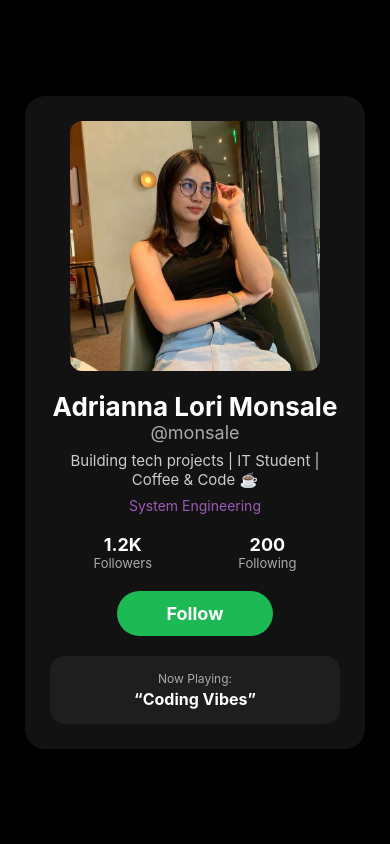
Repository: chelloraine/ProfileCard
Screen: /
These files come from the project's save history. The screen is drawn as it stood at one moment and after the next save; the edit follows.
The app was drawn by React Native's web renderer in a window 390 px wide. The project was rebuilt for these pictures with package versions that can differ from the ones it lists, and the page was loaded fresh each time.

Above is the screen before, as saved 2025-08-31 23:26:02.

After the next save:
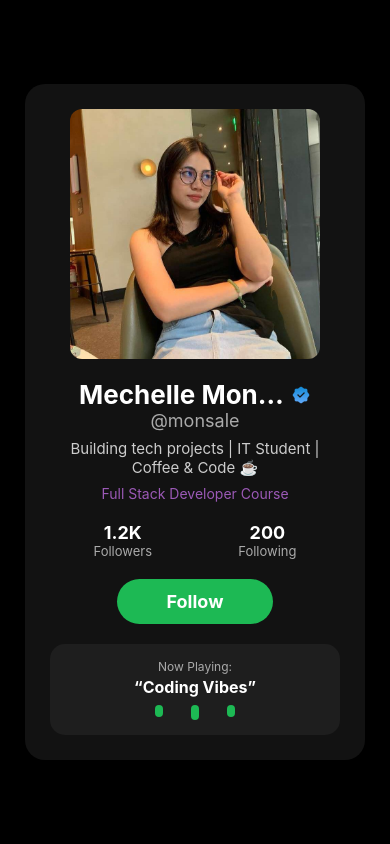
Saved 106 s later.
--- a/profileCard.js
+++ b/profileCard.js
@@ -1,27 +1,61 @@
 import React, { useState } from "react";
-import { View, Text, StyleSheet, Image, TouchableOpacity } from "react-native";
+import { View, Text, StyleSheet, Image, TouchableOpacity, Animated, Easing } from "react-native";
 
 export default function ProfileCard() {
   const [following, setFollowing] = useState(false);
 
   const toggleFollow = () => setFollowing(!following);
+
+  // Music animation
+  const barHeight1 = new Animated.Value(10);
+  const barHeight2 = new Animated.Value(15);
+  const barHeight3 = new Animated.Value(12);
+
+  const animateBars = () => {
+    Animated.loop(
+      Animated.stagger(150, [
+        Animated.sequence([
+          Animated.timing(barHeight1, { toValue: 25, duration: 300, useNativeDriver: false, easing: Easing.linear }),
+          Animated.timing(barHeight1, { toValue: 10, duration: 300, useNativeDriver: false, easing: Easing.linear }),
+        ]),
+        Animated.sequence([
+          Animated.timing(barHeight2, { toValue: 30, duration: 300, useNativeDriver: false, easing: Easing.linear }),
+          Animated.timing(barHeight2, { toValue: 15, duration: 300, useNativeDriver: false, easing: Easing.linear }),
+        ]),
+        Animated.sequence([
+          Animated.timing(barHeight3, { toValue: 20, duration: 300, useNativeDriver: false, easing: Easing.linear }),
+          Animated.timing(barHeight3, { toValue: 12, duration: 300, useNativeDriver: false, easing: Easing.linear }),
+        ]),
+      ])
+    ).start();
+  };
+
+  animateBars();
 
   return (
     <View style={styles.card}>
       {/* Square profile image */}
       <Image
-        source={require("./resources/profile.jpg")} // Change to your image path
+        source={require("./assets/profile.jpg")}
         style={styles.squareImage}
       />
 
       {/* Profile Info */}
       <View style={styles.info}>
-        <Text style={styles.name}>Adrianna Lori Monsale</Text>
+        <View style={styles.nameRow}>
+          <Text style={styles.name} numberOfLines={1} ellipsizeMode="tail">
+            Mechelle Monsale LongNameExample
+          </Text>
+          <Image
+            source={require("./assets/verified.png")} // Add your verified badge in assets
+            style={styles.verified}
+          />
+        </View>
         <Text style={styles.username}>@monsale</Text>
         <Text style={styles.bio}>
           Building tech projects | IT Student | Coffee & Code ☕
         </Text>
-        <Text style={styles.course}> System Engineering </Text>
+        <Text style={styles.course}>Full Stack Developer Course</Text>
       </View>
 
       {/* Followers / Following */}
@@ -46,10 +80,15 @@ export default function ProfileCard() {
         </Text>
       </TouchableOpacity>
 
-      {/* Music Player Placeholder */}
+      {/* Music Player Placeholder with Animation */}
       <View style={styles.musicPlayer}>
         <Text style={styles.songTitle}>Now Playing:</Text>
         <Text style={styles.songName}>“Coding Vibes”</Text>
+        <View style={styles.barsContainer}>
+          <Animated.View style={[styles.bar, { height: barHeight1 }]} />
+          <Animated.View style={[styles.bar, { height: barHeight2 }]} />
+          <Animated.View style={[styles.bar, { height: barHeight3 }]} />
+        </View>
       </View>
     </View>
   );
@@ -76,11 +115,23 @@ const styles = StyleSheet.create({
   info: {
     alignItems: "center",
     marginBottom: 20,
+    width: "100%",
+  },
+  nameRow: {
+    flexDirection: "row",
+    alignItems: "center",
+    maxWidth: "80%",
+    justifyContent: "center",
   },
   name: {
     fontSize: 26,
     fontWeight: "bold",
     color: "#fff",
+  },
+  verified: {
+    width: 20,
+    height: 20,
+    marginLeft: 6,
   },
   username: {
     fontSize: 18,
@@ -149,5 +200,16 @@ const styles = StyleSheet.create({
     color: "#fff",
     fontSize: 16,
     fontWeight: "bold",
+    marginBottom: 8,
+  },
+  barsContainer: {
+    flexDirection: "row",
+    justifyContent: "space-between",
+    width: 80,
+  },
+  bar: {
+    width: 8,
+    backgroundColor: "#1DB954",
+    borderRadius: 4,
   },
 });
